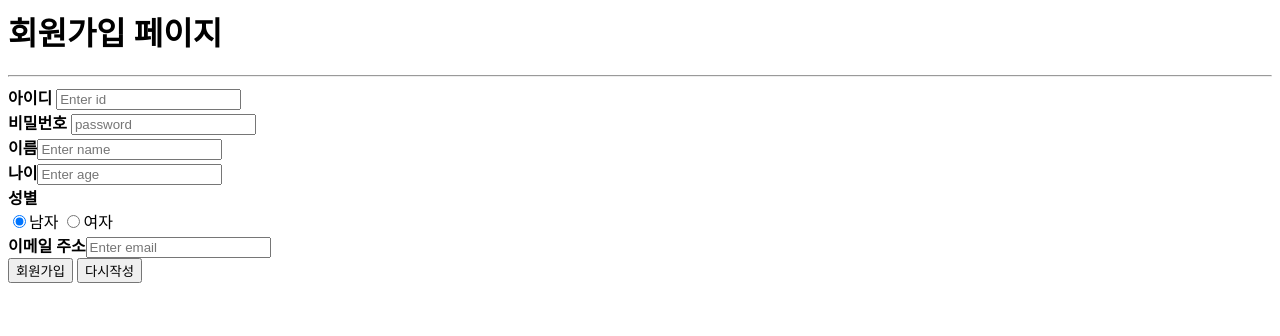
Repository: rumor1993/KH1
Page: http://localhost/Board/member/joinform.jsp
An editor plug-in stored every save of this project. The page is shown before and after the next save, followed by the edit.
The browser window is 1280 px wide. The pictures show the whole page.
The page is served by Tomcat 9. Other server files are loaded and not shown.

Above is the page before, as saved 2018-05-03 01:26:51.
Console error: ReferenceError: $ is not defined

### Board/WebContent/member/joinform.jsp
<%@ page language="java" contentType="text/html; charset=EUC-KR"
    pageEncoding="EUC-KR"%>
<script src = join_check.js></script>
<!DOCTYPE html>
<html>
<head>
<title>Insert title here</title>
</head>
<body>
	<form name = joinform action = joinProcess.jsp
      method = "post">
            <h1>회원가입 페이지</h1>
   <hr>
      <b>아이디</b>
      <input type = text name = id placeholder="Enter id" required="required"><br>
      <b>비밀번호</b> <input type = password name = pass placeholder = password required="required"><br>
      <b>이름</b><input type = text name = name placeholder="Enter name" required="required"><br>
      <b>나이</b><input type = text name = age placeholder = "Enter age"required="required"><br>
      <b>성별</b>
      	<div>
            <input type = radio name = gender value = 남 checked><span>남자</span>
            <input type = radio name = gender value = 여 ><span>여자</span>
       </div>
      <b>이메일 주소</b><input type = text name = email placeholder="Enter email" required="required"><br>
      <div class = clearfix>
      	<button type = submit class = submitbtn>회원가입</button>
      	<button type = reset class = canclebtn>다시작성</button>
      </div>
      </form>
</body>
</html>

### Board/WebContent/member/join_check.js
$(document).ready(function(){
	$('button:submit').submit(function(){
		if(('input[name=pass]').val() == ""){
			alert('비밀번호를 입력하세요');
			$(this).focus();

		}
	});



	$('input[name=id]').keyup(function(){
		eng = /[^a-z|^A-Z]/g;
		if(('input[name=id]').val() == eng){
			alert('아이디를 영문으로 입력하세요');
			$(this).focus();
			}
		});
	});

After the next save:
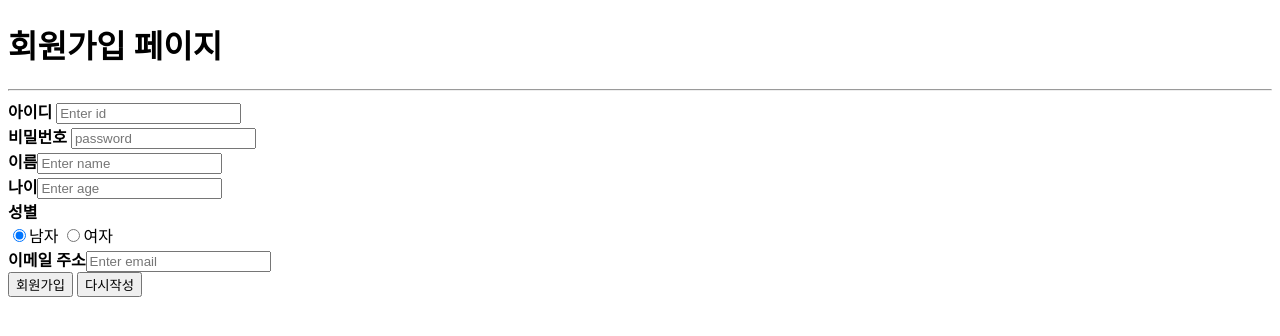
Saved 7 s later.
--- a/Board/WebContent/member/joinform.jsp
+++ b/Board/WebContent/member/joinform.jsp
@@ -1,10 +1,11 @@
 <%@ page language="java" contentType="text/html; charset=EUC-KR"
     pageEncoding="EUC-KR"%>
-<script src = join_check.js></script>
+
 <!DOCTYPE html>
 <html>
 <head>
 <title>Insert title here</title>
+<script src = join_check.js></script>
 </head>
 <body>
 	<form name = joinform action = joinProcess.jsp
